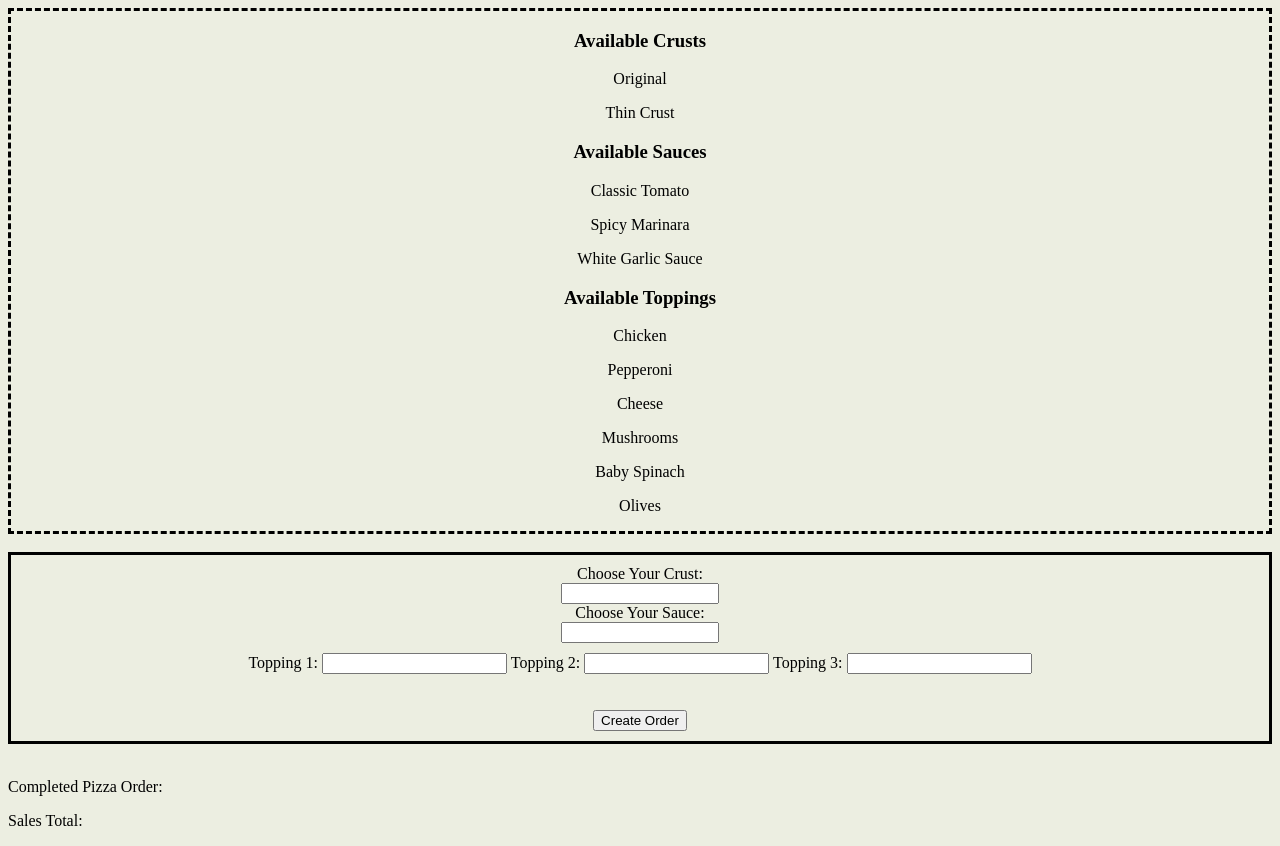
Repository: EmmanuelMefor/Pizza-order
Page: index.html
These files come from the project's save history. The page is drawn as it stood at one moment and after the next save; the edit follows.
The browser window is 1280 px wide. The pictures show the whole page.
Some web fonts or font styles are not loaded; a fallback is used.

Above is the page before, as saved 2024-01-05 20:45:07.
Console error: ReferenceError: Btn is not defined

### index.html
<!DOCTYPE  html>
<html>
    <head>
        <title>Lesson 10 Final</title>
        <meta charset="utf-8">
        <link rel="stylesheet" href="style.css">
        <link rel="preconnect" href="https://fonts.gstatic.com">
        <link href="https://fonts.googleapis.com/css2?family=Goldman:wght@400;700&display=swap" rel="stylesheet">
    </head>
    <body>
        <div class="createOrder">
            <h3>Available Crusts</h3>
            <p>Original</p>
            <p>Thin Crust</p>




            <h3>Available Sauces</h3>
            <p>Classic Tomato</p>
            <p>Spicy Marinara</p>
            <p>White Garlic Sauce</p>




            <h3 class>Available Toppings</h3>
            <p>Chicken</p>
            <p>Pepperoni</p>
            <p>Cheese</p>
            <p>Mushrooms</p>
            <p>Baby Spinach</p>
            <p>Olives</p>
        </div>

    </br>

    <div class="form">
        <form>
          <div class="stacked-fields">
            <label for="crust">Choose Your Crust:</label>
            <input type="text" id="crust"  class="small-input" />
            <label for="sauce">Choose Your Sauce:</label>
            <input type="text" id="sauce"  class="small-input" />
          </div>
          <div class="inline-fields">
            <label for="Topping1">Topping 1:</label>
            <input type="text" id="Topping1">
            <label for="Topping2">Topping 2:</label>
            <input type="text" id="Topping2">
            <label for="Topping3">Topping 3:</label>
            <input type="text" id="Topping3">
          </div>
          <br />
          <br />
          <button type="submit" id="btn">Create Order</button>
        </form>
      </div>

        </br>

            <div id="Order">
                <p>Completed Pizza Order:</p>

            <div id="pizzaOrder">
                </div>

                <div id="toppings">
                    <p>Sales Total:</p>

                    <div id="total$">
                </div>

                </div>

                 <script src="script.js"></script>
                </body>

                </html>

### style.css
body {
  background-color: #eceee1;
}

.createOrder {
  text-align: center;
  border-style: dashed;
}

form {
  border: px;
  padding-top: 10px;
  padding-right: 10px;
  padding-left: 10px;
  padding-bottom: 10px;
  text-align: center;
  border-style: solid;
  display: block;
}

.stacked-fields {
  display: flex;
  flex-direction: column;
  margin-bottom: 10px; /* Adjust the space between stacked fields */
  align-items: center;
}

.small-input {
  width: 150px; /* Adjust the width of the input fields */
}

.T {
  border-style: dotted;
  border-width: 5px;
  text-align: center;
}

.s {
  text-align: center;
  border-style: double;
}

### script.js
// Global variables
var crust = document.getElementById("crust");

var sauce = document.getElementById("sauce");

// toppings array
var topping = [
  "chicken",
  "Pepperoni",
  "Cheese",
  "Mushrooms",
  "BabySpinach",
  "Olives",
];
for (var i = 0; i < topping.length; i++)
  // event listener
  var formButton = document.getElementById("btn");
Btn.addEventListener("click", function calculateTotal(toppings) {
  event.preventDefault();

  //   var topping 1 = document.getElementById ("t1").value;
  //   var topping 2 = document.getElementById ("t2").value;
  //   var topping 3 = document.getElementById ("t3").value;
});

function calculateTotal(toppings) {
  let total = 0;
  let toppingCost = 2.5;
  let baseCost = 5.5; // cost of crust and sauce

  // order string concatenation

  let orderString = crust + sauce[i];

  let toppingString = "Toppings: ";

  // For Loop
  total = total + toppingCost;
  toppingString = toppingString + toppingArray[i];

  // total = baseCost + cost of all toppings
  total = total + baseCost;

  // set DOM total += total
  document.getElementById("total" + "$").innerHTML = total;
  // use DOM: = orderString
  document.getElementById("pizzaOrders").innerHTML = order;
  // use DOM: = toppingString
  document.getElementById("toppings").innerHTML = toppings;
}

After the next save:
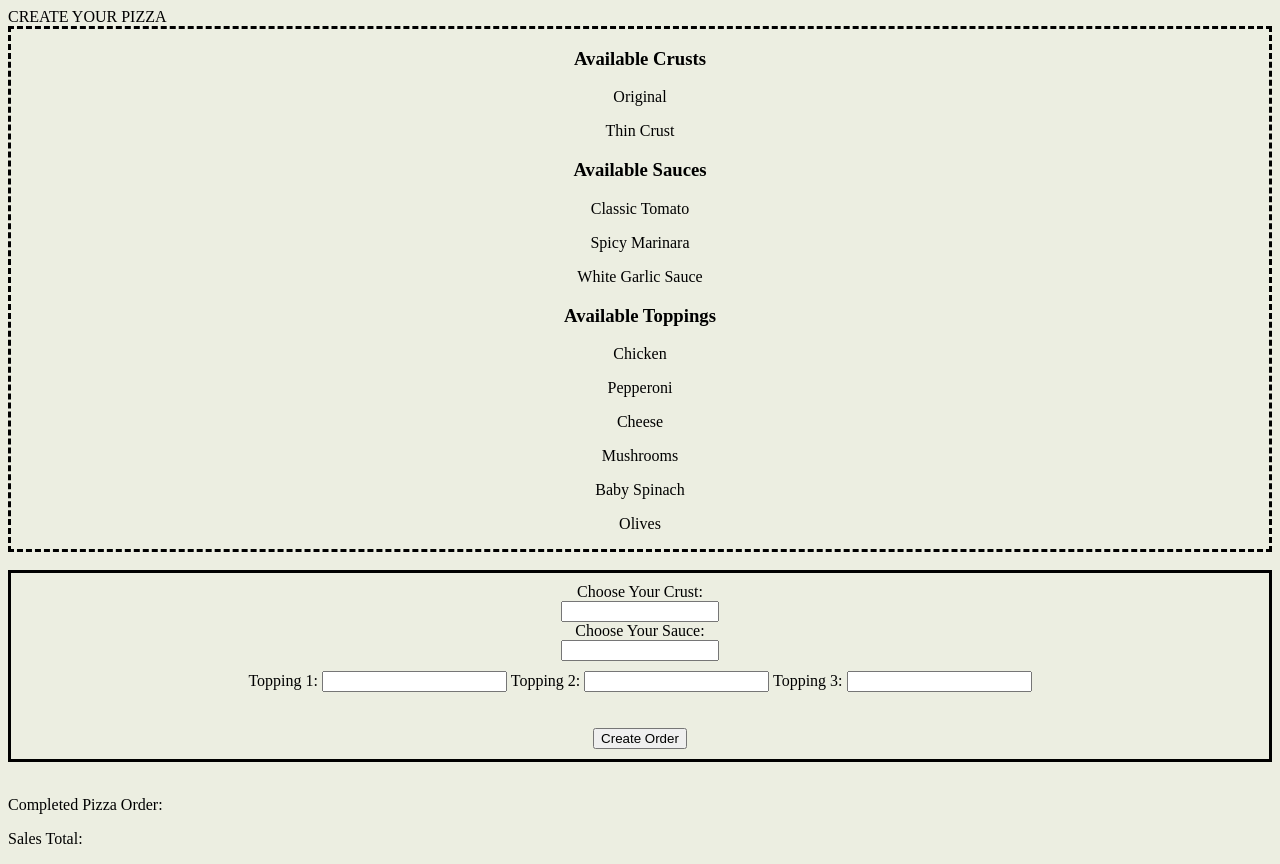
Saved 5 min 47 s later.
--- a/index.html
+++ b/index.html
@@ -8,6 +8,7 @@
         <link href="https://fonts.googleapis.com/css2?family=Goldman:wght@400;700&display=swap" rel="stylesheet">
     </head>
     <body>
+        <div> CREATE YOUR PIZZA </div>
         <div class="createOrder">
             <h3>Available Crusts</h3>
             <p>Original</p>
